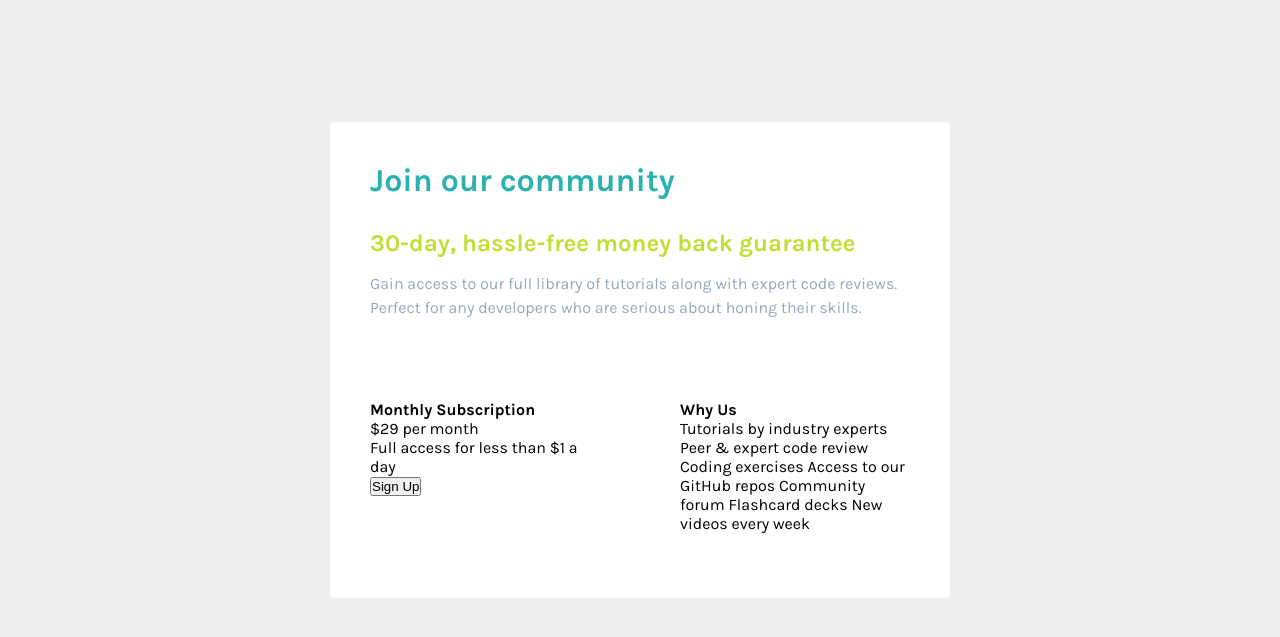
Repository: Akashiii1/WebSingleGrid_Day3
Page: index.html
An editor plug-in stored every save of this project. The page is shown before and after the next save, followed by the edit.
The browser window is 1280 px wide. The pictures show the whole page.

Above is the page before, as saved 2021-12-22 01:07:04.

After the next save:
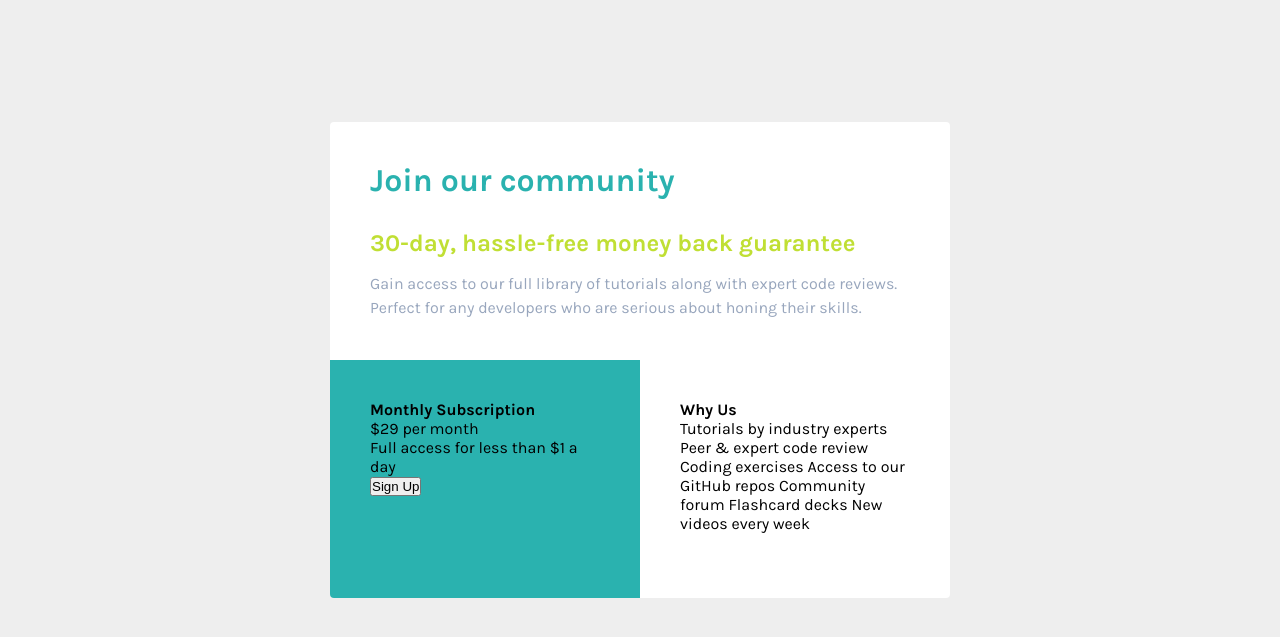
Saved 9 s later.
--- a/style.css
+++ b/style.css
@@ -86,4 +86,6 @@ body{
   line-height: 1.5;
 
 }
-.item2
+.item2 {
+  background-color: var(--Cyan);
+}
